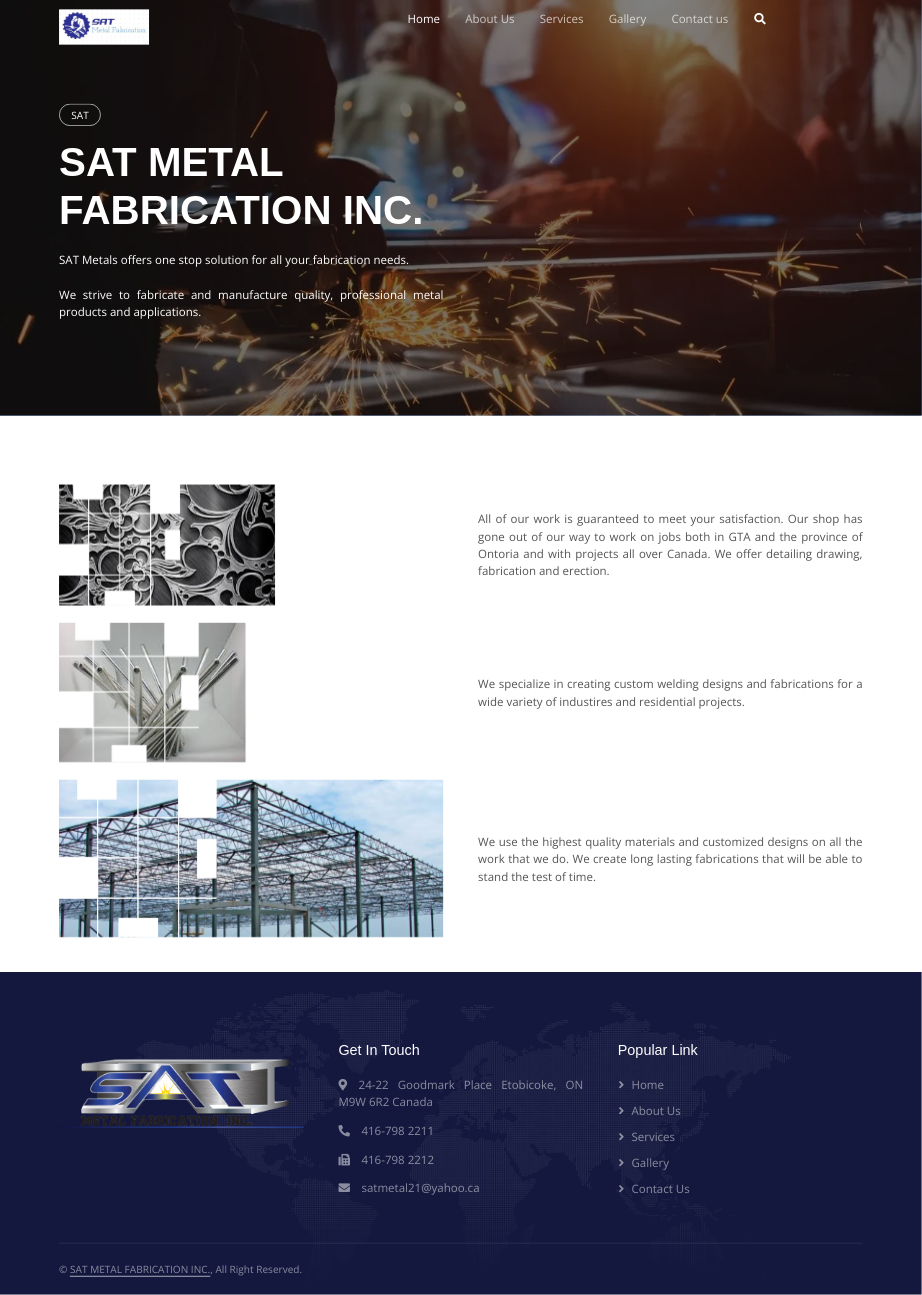
Repository: dzyte-services/satmetal
Page: http://localhost/
An editor plug-in stored every save of this project. The page is shown before and after the next save, followed by the edit.
The browser window is 1280 px wide. The pictures show the whole page, at 72% of full size.
Some web fonts or font styles are not loaded; a fallback is used. Some web libraries are served in a nearby version. The page is run by PHP 8.4 with error messages shown; the project is at /var/www/html/.

Above is the page before, as saved 2023-11-08 10:14:45.

### index.php
<!DOCTYPE html>
<html lang="en">

<head>
    <meta charset="utf-8">
    <title>SAT - Home</title>
    <meta content="width=device-width, initial-scale=1.0" name="viewport">
    <meta content="" name="keywords">
    <meta content="" name="description">

    <!-- Favicon -->
    <link href="img/favicon.ico" rel="icon">

    <!-- Google Web Fonts -->
    <link rel="preconnect" href="https://fonts.googleapis.com">
    <link rel="preconnect" href="https://fonts.gstatic.com" crossorigin>
    <link href="https://fonts.googleapis.com/css2?family=Open+Sans:wght@400;600&family=Ubuntu:wght@500;700&display=swap"
        rel="stylesheet">

    <!-- Icon Font Stylesheet -->
    <link href="https://cdnjs.cloudflare.com/ajax/libs/font-awesome/5.10.0/css/all.min.css" rel="stylesheet">
    <link href="https://cdn.jsdelivr.net/npm/bootstrap-icons@1.4.1/font/bootstrap-icons.css" rel="stylesheet">

    <!-- Libraries Stylesheet -->
    <link href="lib/animate/animate.min.css" rel="stylesheet">
    <link href="lib/owlcarousel/assets/owl.carousel.min.css" rel="stylesheet">

    <!-- Customized Bootstrap Stylesheet -->
    <link href="css/bootstrap.min.css" rel="stylesheet">

    <!-- Template Stylesheet -->
    <link href="css/style.css" rel="stylesheet">
</head>

<body>

    <?php
        include "header.php";
    ?>

    <!-- Full Screen Search Start -->
    <div class="modal fade" id="searchModal" tabindex="-1">
        <div class="modal-dialog modal-fullscreen">
            <div class="modal-content" style="background: rgba(20, 24, 62, 0.7);">
                <div class="modal-header border-0">
                    <button type="button" class="btn btn-square bg-white btn-close" data-bs-dismiss="modal"
                        aria-label="Close"></button>
                </div>
                <div class="modal-body d-flex align-items-center justify-content-center">
                    <div class="input-group" style="max-width: 600px;">
                        <input type="text" class="form-control bg-transparent border-light p-3"
                            placeholder="Type search keyword">
                        <button class="btn btn-light px-4"><i class="bi bi-search"></i></button>
                    </div>
                </div>
            </div>
        </div>
    </div>
    <!-- Full Screen Search End -->


    <!-- About Start -->
    <div class="container-fluid py-5">
        <div class="container">
            <div class="row g-5 align-items-center">
                <div class="col-lg-6 wow " data-wow-delay="0.1s">
                    <div class="about-img">
                        <img class="img-fluid" src="img/hom-img1.jpg">
                    </div>
                </div>
                <div class="col-lg-6 wow fadeIn" data-wow-delay="0.5s">
                    <!-- <div class="btn btn-sm border rounded-pill text-primary px-3 mb-3">About Us</div> -->
                    <h1 class="mb-4"></h1>
                    <p class="mb-4">All of our work is guaranteed to meet your satisfaction. Our shop has gone out of our way to work on jobs both in GTA and the province of Ontoria and with projects all over Canada. We offer detailing drawing, fabrication and erection.</p>
                </div>
            </div><br>
            <div class="row g-5 align-items-center">
                <div class="col-lg-6 wow fadeIn" data-wow-delay="0.1s">
                    <div class="about-img">
                        <img class="img-fluid" src="img/hom-img2.jpg">
                    </div>
                </div>
                <div class="col-lg-6 wow fadeIn" data-wow-delay="0.5s">
                    <!-- <div class="btn btn-sm border rounded-pill text-primary px-3 mb-3">About Us</div> -->
                    <h1 class="mb-4"></h1>
                    <p class="mb-4">We specialize in creating custom welding designs and fabrications for a wide variety of industires and residential projects.</p>
                </div>
            </div><br>
            <div class="row g-5 align-items-center">
                <div class="col-lg-6 wow fadeIn" data-wow-delay="0.1s">
                    <div class="about-img">
                        <img class="img-fluid" src="img/hom-img3.jpg">
                    </div>
                </div>
                <div class="col-lg-6 wow fadeIn" data-wow-delay="0.5s">
                    <!-- <div class="btn btn-sm border rounded-pill text-primary px-3 mb-3">About Us</div> -->
                    <h1 class="mb-4"></h1>
                    <p class="mb-4">We use the highest quality materials and customized designs on all the work that we do. We create long lasting fabrications that will be able to stand the test of time.</p>
                </div>
            </div>
        </div>
    </div>
    <!-- About End -->
    <!-- <div class="container-fluid py-5">
        <div class="container">
            <div class="row">
                <div class="col-lg-6 order-lg-1">
                    <img src="img/hom-img1.jpg" class="img-fluid" alt="Image 1">
                </div>
                <div class="col-lg-6 order-lg-2">
                    <p>All of our work is guaranteed to meet your satisfaction. Our shop has gone out of our way to work on jobs both in GTA and the province of Ontoria and with projects all over Canada. We offer detailing drawing, fabrication and erection.</p>
                </div>
            </div>
            <div class="row">
                <div class="col-lg-6 order-lg-2">
                    <p>We specialize in creating custom welding designs and fabrications for a wide variety of industires and residential projects.</p>
                </div>
                <div class="col-lg-6 order-lg-1">
                    <img src="img/hom-img2.jpg" class="img-fluid" alt="Image 2">
                </div>
            </div>
            <div class="row">
                <div class="col-lg-6 order-lg-2">
                    <p>We use the highest quality materials and customized designs on all the work that we do. We create long lasting fabrications that will be able to stand the test of time.</p>
                </div>
                <div class="col-lg-6 order-lg-1">
                    <img src="img/hom-img3.jpg" class="img-fluid" alt="Image 2">
                </div>
            </div>

        </div>
    </div> -->

    <?php
        include "footer.php";
    ?>

    <!-- JavaScript Libraries -->
    <script src="https://ajax.googleapis.com/ajax/libs/jquery/3.6.1/jquery.min.js"></script>
    <script src="https://cdn.jsdelivr.net/npm/bootstrap@5.0.0/dist/js/bootstrap.bundle.min.js"></script>
    <script src="lib/wow/wow.min.js"></script>
    <script src="lib/easing/easing.min.js"></script>
    <script src="lib/waypoints/waypoints.min.js"></script>
    <script src="lib/counterup/counterup.min.js"></script>
    <script src="lib/owlcarousel/owl.carousel.min.js"></script>

    <!-- Template Javascript -->
    <script src="js/main.js"></script>
</body>

</html>

### header.php
    <?php
        $currentPage1 = basename($_SERVER['PHP_SELF']);
    ?>
    <!-- Spinner Start -->
    <div id="spinner"
        class="show bg-white position-fixed translate-middle w-100 vh-100 top-50 start-50 d-flex align-items-center justify-content-center">
        <div class="spinner-grow text-primary" style="width: 3rem; height: 3rem;" role="status">
            <span class="sr-only">Loading...</span>
        </div>
    </div>
    <!-- Spinner End -->


    <!-- Navbar Start -->
    <div class="container-fluid sticky-top">
        <div class="container">
            <nav class="navbar navbar-expand-lg navbar-dark p-0">
                <div class="row">
                    <div class="col-lg-4">
                        <a href="index.php" class="navbar-brand">
                            <img class="img-fluid" width="40%" height="40%" src="img/logo1.jpeg" alt="">
                        </a>
                        <button type="button" class="navbar-toggler ms-auto me-0" data-bs-toggle="collapse"
                            data-bs-target="#navbarCollapse">
                            <span class="navbar-toggler-icon"></span>
                        </button>
                    </div>
                    <div class="col-lg-8 ">
                    <div class="collapse navbar-collapse" id="navbarCollapse">
                    <div class="navbar-nav ms-auto">
                        <a href="index.php" class="nav-item nav-link  <?php echo ($currentPage1 === 'index.php') ? 'active' : ''; ?>">Home</a>
                        <a href="about.php" class="nav-item nav-link <?php echo ($currentPage1 === 'about.php') ? 'active' : ''; ?>">About Us</a>
                        <a href="service.php" class="nav-item nav-link <?php echo ($currentPage1 === 'service.php') ? 'active' : ''; ?>">Services</a>
                        <a href="project.php" class="nav-item nav-link <?php echo ($currentPage1 === 'project.php') ? 'active' : ''; ?>">Gallery</a>

                        <a href="contact.php" class="nav-item nav-link <?php echo ($currentPage1 === 'contact.php') ? 'active' : ''; ?>">Contact us</a>
                    </div>
                    <butaton type="button" class="btn text-white p-0 d-none d-lg-block" data-bs-toggle="modal"
                        data-bs-target="#searchModal"><i class="fa fa-search"></i></butaton>
                </div>
                    </div>
                </div>


            </nav>
        </div>
    </div>
    <!-- Navbar End -->

    <div>
          <?php
                $currentPage = $_SERVER['SCRIPT_NAME'];
                $current_page = basename($currentPage);

                if ($current_page === "index.php") {
                    include("header/home.php");
                } elseif ($current_page === "about.php") {
                    include("header/about.php");
                } elseif ($current_page === "service.php") {
                    include("header/service.php");
                } elseif ($current_page === "project.php") {
                    include("header/gallery.php");
                } elseif ($current_page === "contact.php") {
                    include("header/contact.php");
                }



            ?>
    </div>

### header/home.php
<!-- Hero Start -->
<div class="container-fluid pt-5 bg-primary hero-header mb-5">
        <div class="container pt-5">
            <div class="row g-5 pt-5">
                <div class="col-lg-6 align-self-center text-center text-lg-start mb-lg-5">
                    <div class="btn btn-sm border rounded-pill text-white px-3 mb-3 animated slideInRight">SAT</div>
                    <h1 class="display-4 text-white mb-4 animated slideInRight">SAT METAL FABRICATION INC.</h1>
                    <p class="text-white mb-4 animated slideInRight">SAT Metals offers one stop solution for all your fabrication needs.</p>
                    <p class="text-white mb-4 animated slideInRight">We strive to fabricate and manufacture quality, professional metal products and applications.</p>
                    <!-- <a href="" class="btn btn-light py-sm-3 px-sm-5 rounded-pill me-3 animated slideInRight">Read More</a> -->
                    <!-- <a href="" class="btn btn-outline-light py-sm-3 px-sm-5 rounded-pill animated slideInRight">Contact Us</a> -->
                </div>
                <div class="col-lg-6 align-self-end text-center text-lg-end">
                    <!-- <img class="img-fluid" src="img/SAT_Logo.png" alt=""> -->
                </div>
            </div>
        </div>
    </div>
    <!-- Hero End -->

### footer.php
    <!-- Footer Start -->
    <div class="container-fluid bg-dark text-white-50 footer pt-5">
        <div class="container py-5">
            <div class="row g-5">
                <div class="col-md-6 col-lg-4 wow fadeIn" data-wow-delay="0.1s">
                    <a href="index.php" class="d-inline-block mb-3">
                    <img class="img-fluid" width="100%" src="img/SAT_Logo.png" alt="">
                    </a>
                    <!-- <p class="mb-0">Tempor erat elitr rebum at clita. Diam dolor diam ipsum et tempor sit. Aliqu diam
                        amet diam et eos labore. Clita erat ipsum et lorem et sit, sed stet no labore lorem sit. Sanctus
                        clita duo justo et tempor</p> -->
                </div>
                <div class="col-md-6 col-lg-4 wow fadeIn" data-wow-delay="0.3s">
                    <h5 class="text-white mb-4">Get In Touch</h5>
                    <p><i class="fa fa-map-marker-alt me-3"></i>24-22 Goodmark Place Etobicoke, ON M9W 6R2 Canada</p>
                    <p><i class="fa fa-phone-alt me-3"></i>416-798 2211</p>
                    <p><i class="fa fa-fax me-3"></i>416-798 2212</p>
                    <p><i class="fa fa-envelope me-3"></i>satmetal21@yahoo.ca</p>
                    <!-- <div class="d-flex pt-2">
                        <a class="btn btn-outline-light btn-social" href=""><i class="fab fa-twitter"></i></a>
                        <a class="btn btn-outline-light btn-social" href=""><i class="fab fa-facebook-f"></i></a>
                        <a class="btn btn-outline-light btn-social" href=""><i class="fab fa-youtube"></i></a>
                        <a class="btn btn-outline-light btn-social" href=""><i class="fab fa-instagram"></i></a>
                        <a class="btn btn-outline-light btn-social" href=""><i class="fab fa-linkedin-in"></i></a>
                    </div> -->
                </div>
                <div class="col-md-6 col-lg-4 wow fadeIn" data-wow-delay="0.5s">
                    <h5 class="text-white mb-4">Popular Link</h5>
                    <a class="btn btn-link" href="index.php">Home</a>
                    <a class="btn btn-link" href="about.php">About Us</a>
                    <a class="btn btn-link" href="service.php">Services</a>
                    <a class="btn btn-link" href="project.php">Gallery</a>
                    <a class="btn btn-link" href="contact.php">Contact Us</a>
                </div>
                <!-- <div class="col-md-6 col-lg-3 wow fadeIn" data-wow-delay="0.7s">
                    <h5 class="text-white mb-4">Our Services</h5>
                    <a class="btn btn-link" href="">Robotic Automation</a>
                    <a class="btn btn-link" href="">Machine learning</a>
                    <a class="btn btn-link" href="">Predictive Analysis</a>
                    <a class="btn btn-link" href="">Data Science</a>
                    <a class="btn btn-link" href="">Robot Technology</a>
                </div> -->
            </div>
        </div>
        <div class="container wow fadeIn" data-wow-delay="0.1s">
            <div class="copyright">
                <div class="row">
                    <div class="col-md-6 text-center text-md-start mb-3 mb-md-0">
                        &copy; <a class="border-bottom" href="#">SAT METAL FABRICATION INC.</a>, All Right Reserved.

                        <!--/*** This template is free as long as you keep the footer author’s credit link/attribution link/backlink. If you'd like to use the template without the footer author’s credit link/attribution link/backlink, you can purchase the Credit Removal License from "https://htmlcodex.com/credit-removal". Thank you for your support. ***/-->
                        <!-- Designed By <a class="border-bottom" href="https://htmlcodex.com">HTML Codex</a> Distributed By <a class="border-bottom" href="https://themewagon.com">ThemeWagon</a> -->
                    </div>
                    <!-- <div class="col-md-6 text-center text-md-end">
                        <div class="footer-menu">
                            <a href="">Home</a>
                            <a href="">Cookies</a>
                            <a href="">Help</a>
                            <a href="">FAQs</a>
                        </div>
                    </div> -->
                </div>
            </div>
        </div>
    </div>
    <!-- Footer End -->


    <!-- Back to Top -->
    <a href="#" class="btn btn-lg btn-primary btn-lg-square back-to-top pt-2"><i class="bi bi-arrow-up"></i></a>

Loaded but not shown: lib/animate/animate.min.css (library); lib/owlcarousel/assets/owl.carousel.min.css (common file); css/bootstrap.min.css (library); lib/wow/wow.min.js (library); lib/easing/easing.min.js (common file); lib/waypoints/waypoints.min.js (library); lib/counterup/counterup.min.js (common file); lib/owlcarousel/owl.carousel.min.js (library); js/main.js (64 lines, source omitted); css/style.css (555 lines, source omitted)

After the next save:
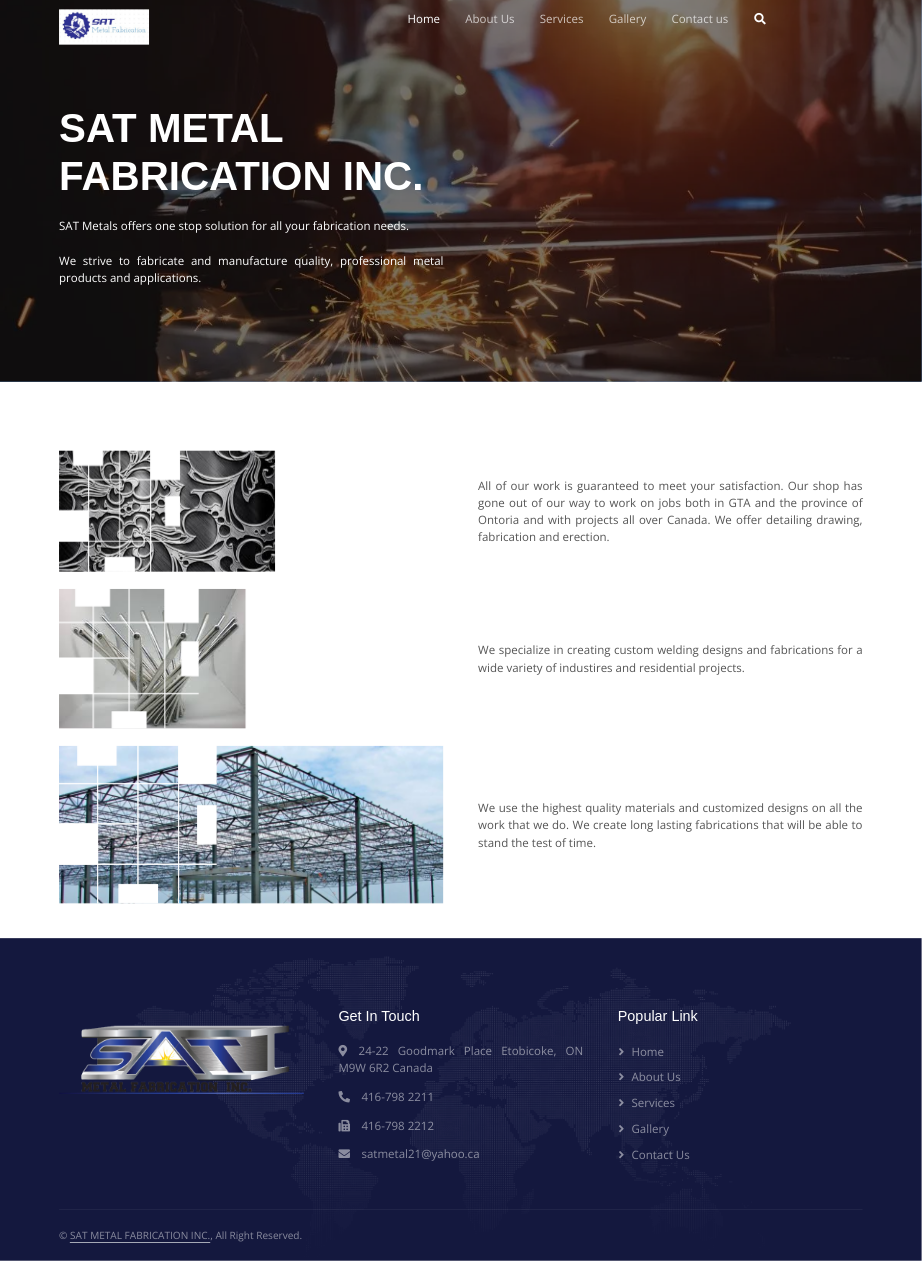
Saved 4 min 18 s later.
--- a/header/home.php
+++ b/header/home.php
@@ -3,7 +3,7 @@
         <div class="container pt-5">
             <div class="row g-5 pt-5">
                 <div class="col-lg-6 align-self-center text-center text-lg-start mb-lg-5">
-                    <div class="btn btn-sm border rounded-pill text-white px-3 mb-3 animated slideInRight">SAT</div>
+                    <!-- <div class="btn btn-sm border rounded-pill text-white px-3 mb-3 animated slideInRight">SAT</div> -->
                     <h1 class="display-4 text-white mb-4 animated slideInRight">SAT METAL FABRICATION INC.</h1>
                     <p class="text-white mb-4 animated slideInRight">SAT Metals offers one stop solution for all your fabrication needs.</p>
                     <p class="text-white mb-4 animated slideInRight">We strive to fabricate and manufacture quality, professional metal products and applications.</p>
